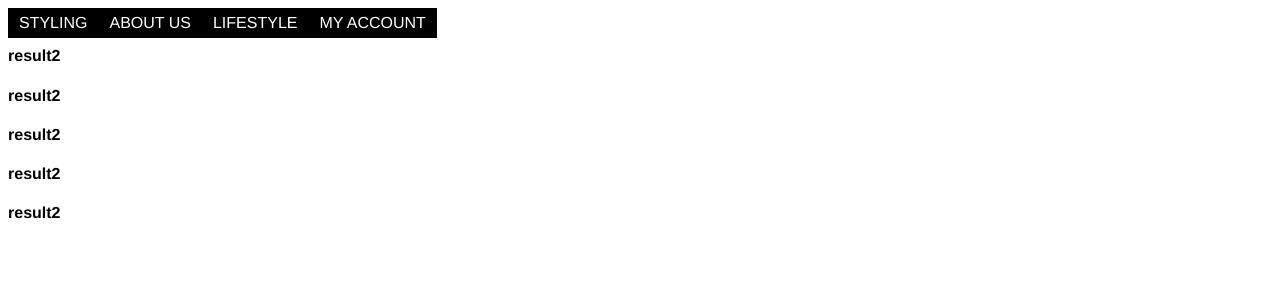
Repository: kesquili/kesquili.github.io
Page: fitin/closet.html
The author's editor kept a record of every edit. The page is drawn from the files as they stood at one moment, then again after the next edit.
The browser window is 1280 px wide. The pictures show the whole page.

Above is the page before.

### fitin/closet.html
<html>
  <head>
  <title>Fitin: A Men's Styling Brand</title>
  <link rel="stylesheet" href="styles.css">
  </head>
<body>
    <nav>
        <ul>
          <li><a href="#">STYLING</a></li>
          <li><a href"#">ABOUT US</a>
              <ul>
                  <li><a href="#">CONTACT US</a></li>
                  <li><a href="#">MEMBERSHIPS</a></li>
                  <li><a href="#">PRESS</a></li>
              </ul>
          </li>
          <li><a href="#">LIFESTYLE</a>
             <ul>
                 <li><a href="#">LOOKING GOOD</a></li>
                 <li><a href="#">FEELING GOOD</a></li>
             </ul>
          </li>
          <li><a href="#">MY ACCOUNT</a>
              <ul>
                  <li><a href="#">MY CLOSET</a></li>
              </ul>
          </li>
        </ul>
    </nav>
    </br>
     <div class="closet">
         <h4>result2</h4>
         <h4>result2</h4>
         <h4>result2</h4>
         <h4>result2</h4>
         <h4>result2</h4>
     </div>
</body>

### fitin/styles.css
body {
font: 14px;
font-family: Helvetica, sans-serif;
}

.results h4{
    border: 5px;
    border-color: black;
    border-style: solid;
    margin:30px;
    width: 200px;
    height: 300px;
    float: left;
}

.breakdown h4{
    border: 5px;
    border-color: black;
    border-style: solid;
    margin:30px;
    width: 100px;
    height: 200px;
    float: left;
    position: relative;
}

.sideimage {
    border: 10px solid black;
    width: 300px;
    height: 450px;
    float: left;
    margin-right: 12px;
}
.signup{
    margin-left: 20px;
    float: left;

}
.sell{
    max-width: 500px;
    display: inline;
    position: relative;
}
h6{
    font-size: 12px;
    font-family: Helvetica, sans-serif;
    padding: 0;
    display: inline;
    text-align: right;
}
nav{
    text-align: center;
    position: relative;
}
ul {
    list-style: none;
    padding: 0px;
    margin: 0px;
}

ul li {
    display: block;
    position: relative;
    float: left;
    border: 1px solid #000
}

li ul {
    display: none;
}

ul li a {
    display: block;
    background: #000;
    padding: 5px 10px 5px 10px;
    text-decoration: none;
    white-space: nowrap;color: #fff;
}

ul li a:hover {
    background: gray;
}

li:hover ul {
    display: block;
    position: absolute;
}

li:hover li {
    float: none;
}

li:hover a {
    background: gray;
}

li:hover li a:hover {
    background: #000;
}

nav li ul li {
      border-top: 0px;
  }

After the next edit:
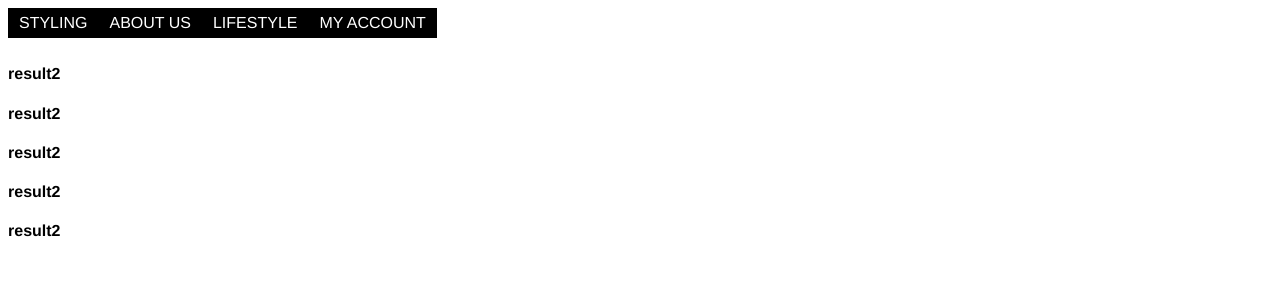
The edit:
--- a/fitin/closet.html
+++ b/fitin/closet.html
@@ -27,7 +27,8 @@
           </li>
         </ul>
     </nav>
-    </br>
+    <br>
+    <br>
      <div class="closet">
          <h4>result2</h4>
          <h4>result2</h4>
